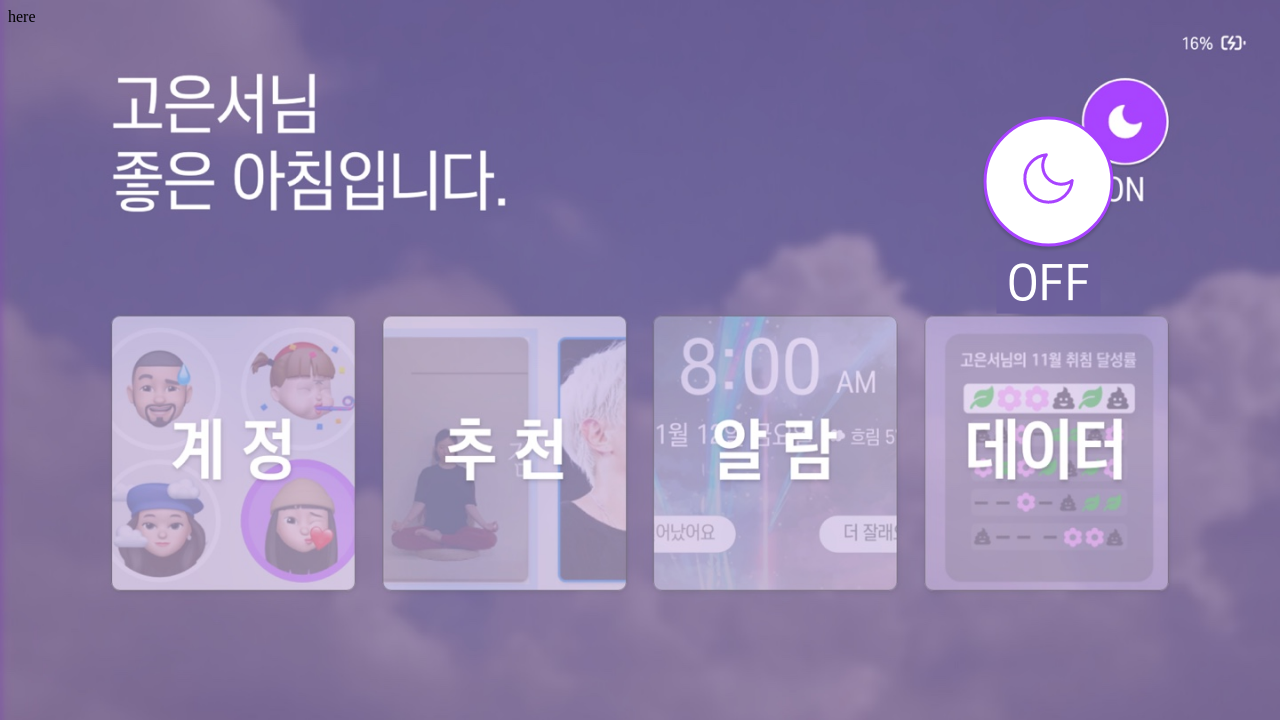
Repository: meanz1/SE_SleepWithMe
Page: SmartTVWorkspace/testapp/button.html
These files come from the project's save history. The page is drawn as it stood at one moment and after the next save; the edit follows.
The browser window is 1280 px wide. The page is 1288 px wide, so the pictures cover 1288 px, including what lies to the right of the window. The pictures show the whole page.

Above is the page before, as saved 2021-11-18 07:33:27.

### SmartTVWorkspace/testapp/button.html

<!DOCTYPE html>
<html>
<head>
<title>Example Web App</title>
<style type="text/css">
    body {
        background-image:url('main.jpg');
        background-repeat: no-repeat;
        background-size: cover;
        height: 100%;
        width: 100%;
    }
    .sleepON {
    	font-size: 50px;
    	text-align: center;
    }
    img {
    	float: right;
    	margin-top: 107px;
    	margin-right: 170px;
    }
    .cursor {
    	width: 300px;
    	height: 300px;
    	border: 1px solid white;
    }
</style>
<script type="text/javascript">
	function sleepon(){
		document.getElementById("officon").style.visibility = "hidden";
		window.location.href = "index.html";
	}



</script>
</head>
<body>

	<img id="officon" src="sleepoff.png" onclick="sleepon()"/>
	<div id="cursor">here</div>
</body>
</html>

After the next save:
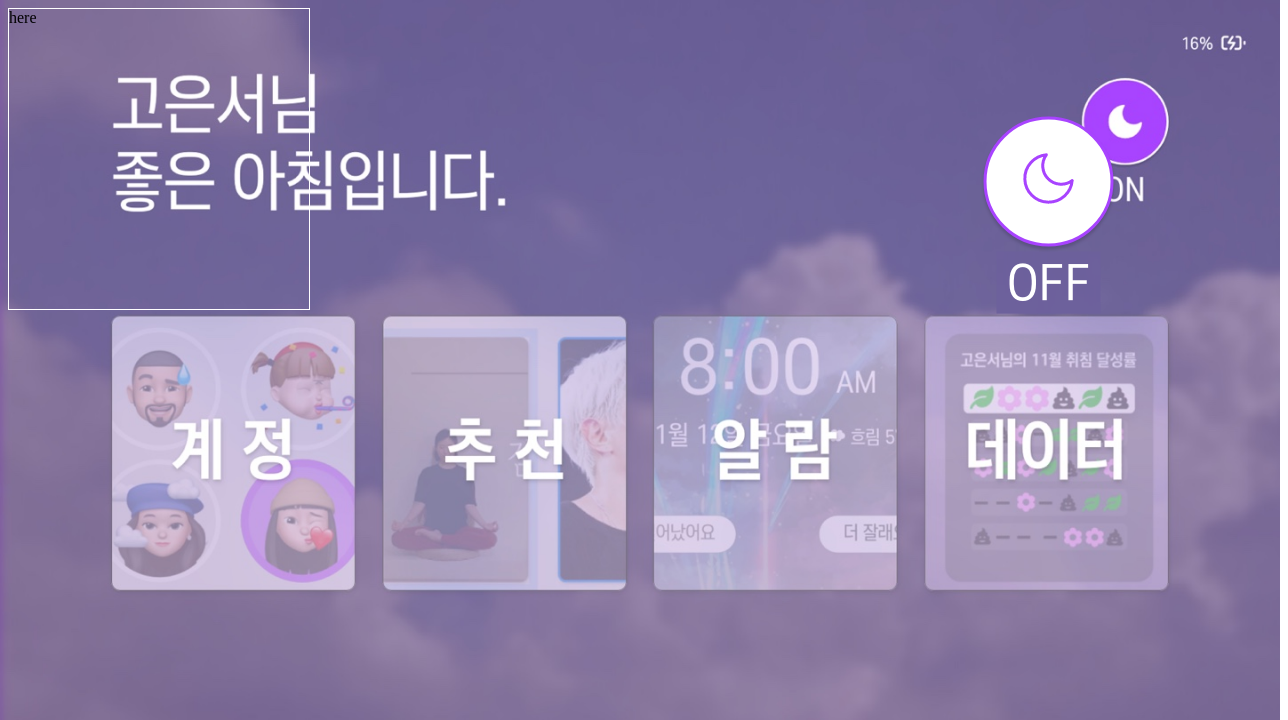
Saved 61 s later.
--- a/SmartTVWorkspace/testapp/button.html
+++ b/SmartTVWorkspace/testapp/button.html
@@ -20,7 +20,7 @@
     	margin-top: 107px;
     	margin-right: 170px;
     }
-    .cursor {
+    #cursor {
     	width: 300px;
     	height: 300px;
     	border: 1px solid white;
